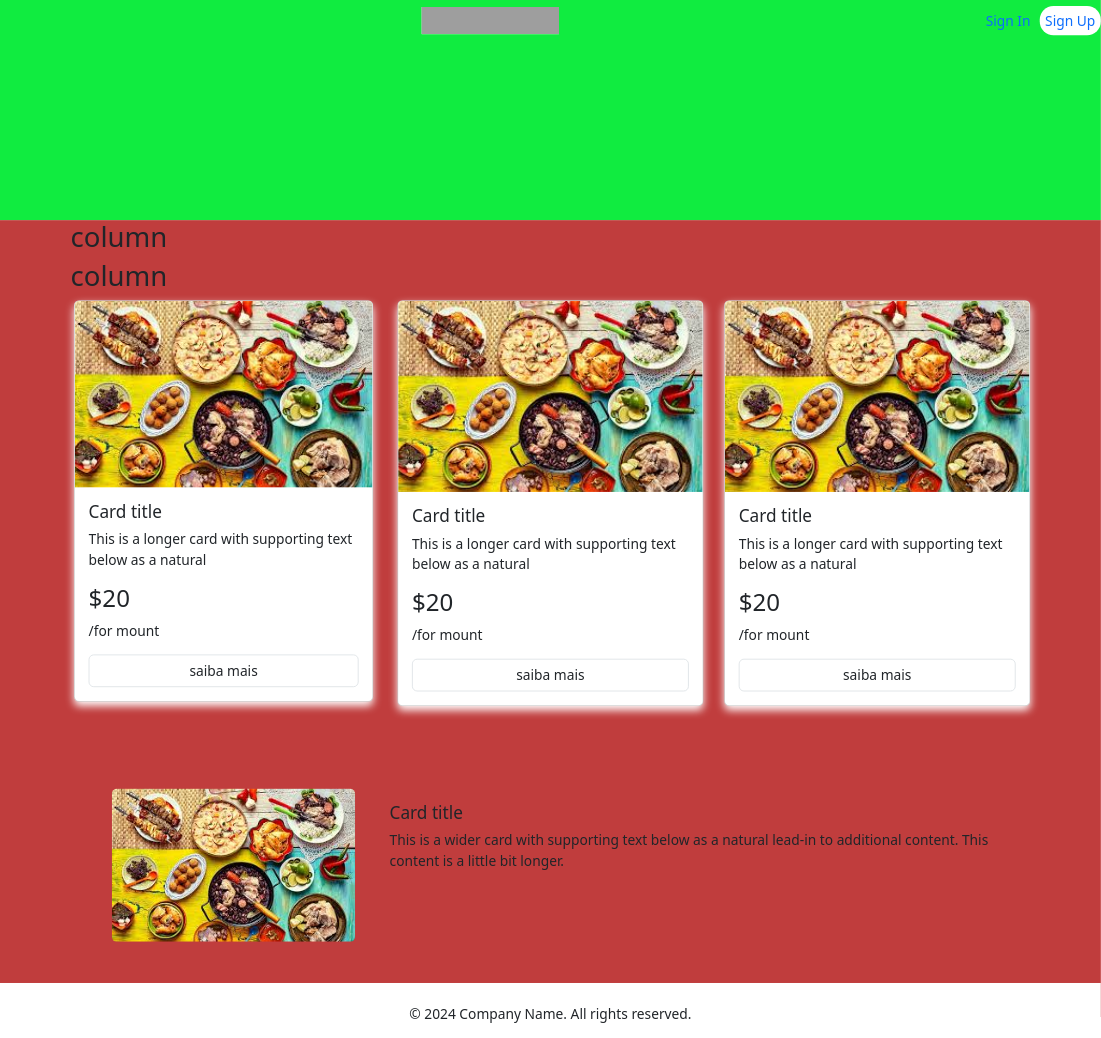
Repository: Joao-Rafael-mob/repoCurso
Page: index.html
These files come from the project's save history. The page is drawn as it stood at one moment and after the next save; the edit follows.
The browser window is 1280 px wide. The pictures show the whole page, at 86% of full size.
Pictures or frames that could not be fetched are drawn as grey boxes.

Above is the page before, as saved 2024-09-27 10:03:30.

After the next save:
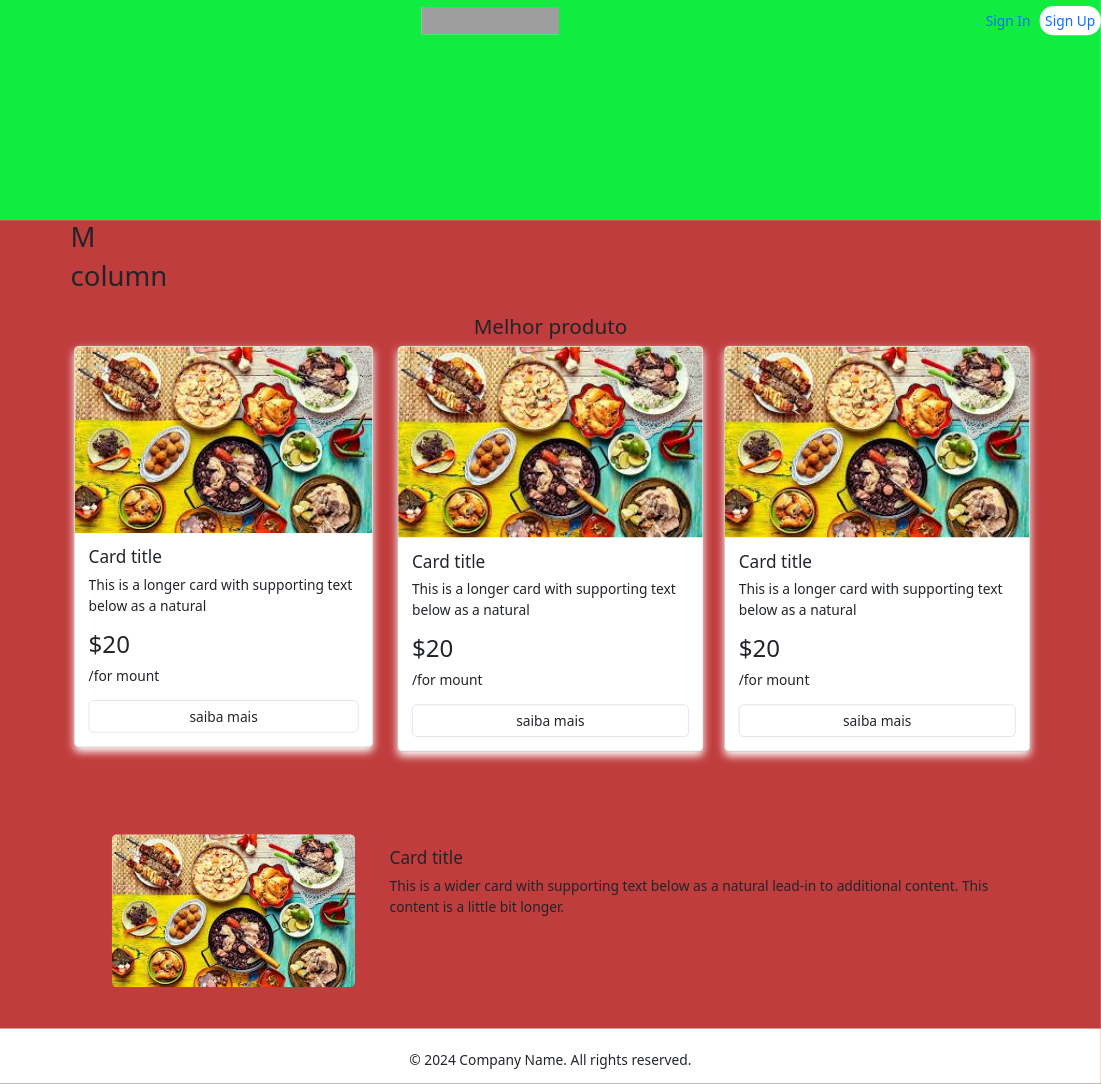
Saved 3 min 17 s later.
--- a/index.html
+++ b/index.html
@@ -26,8 +26,11 @@
     <main>
       <div class="container">
         <div class="row row-cols-1">
-          <div class="col h2">column</div>
-          <div class="col h2">column</div>
+            <div class="col h2">M</div>
+            <div class="col h2">column</div>
+        </div>
+        <div class="mt-3 text-center">
+            <h4>Melhor produto</h4>
         </div>
         <div class="row row-cols-1 row-cols-md-3 g-4">
           <div class="col px-3">
